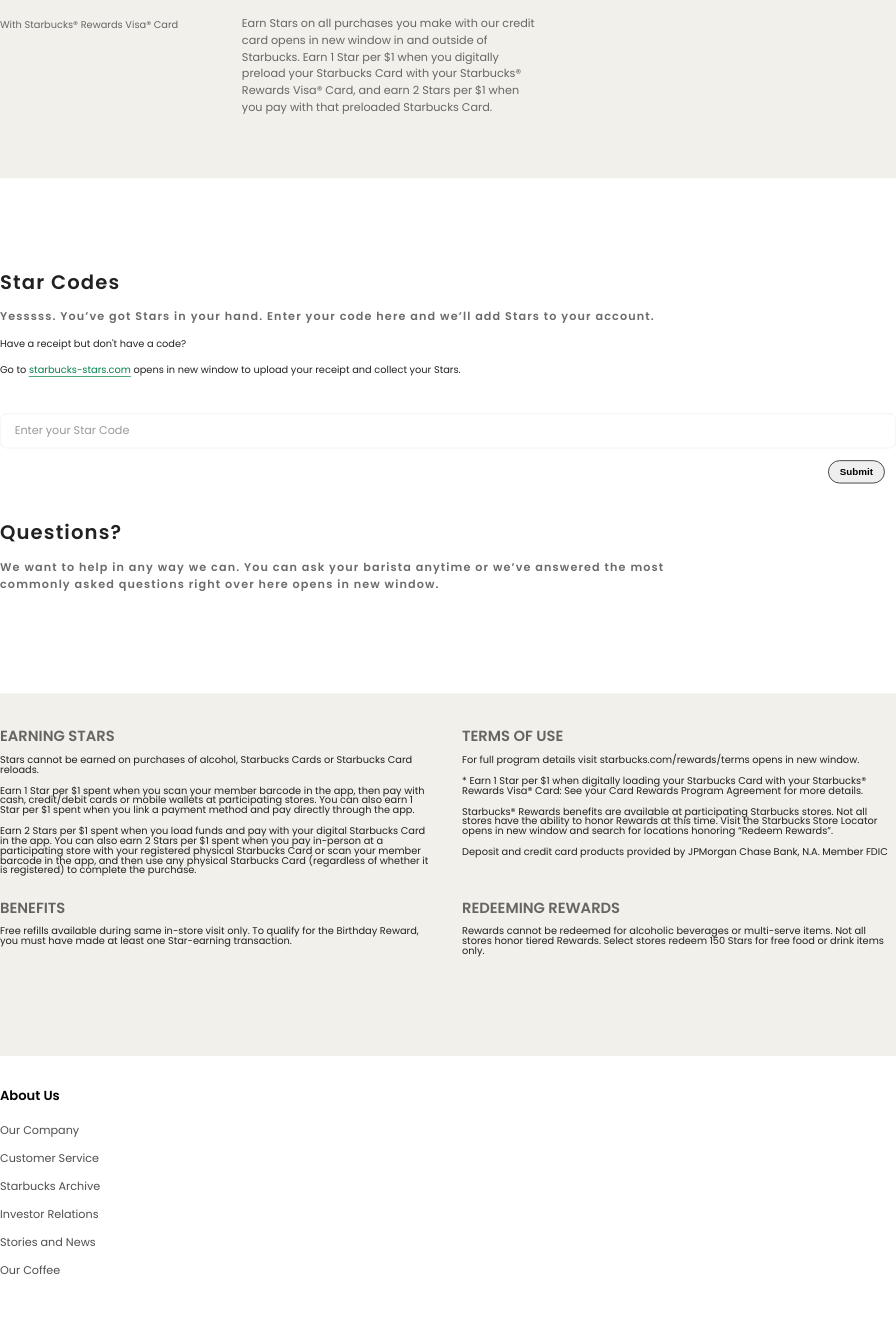
Repository: Akashiii1/StarBucks
Page: index.html
These files come from the project's save history. The page is drawn as it stood at one moment and after the next save; the edit follows.
The browser window is 1280 px wide. The pictures show the part of the page from y = 3201 to 5121 px (the page is 5121 px tall), at 70% of full size.

Above is the page before, as saved 2022-02-03 23:55:16.

After the next save:
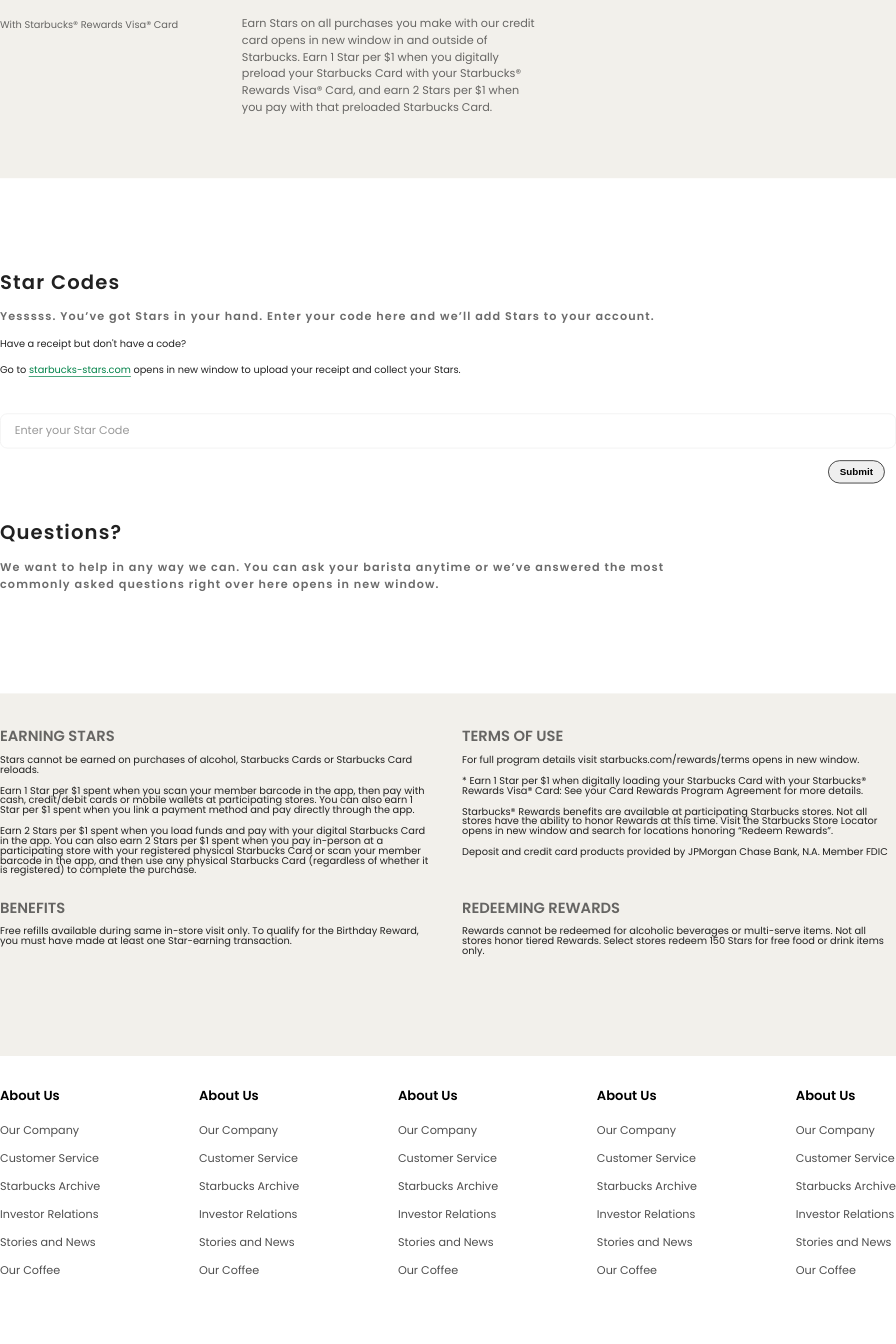
Saved 18 s later.
--- a/index.html
+++ b/index.html
@@ -503,6 +503,65 @@
               <li><a href="#"> Our Coffee</a></li>
             </ul>
           </div>
+
+          <div class="ft-item">
+            <h3>About Us</h3>
+            <ul>
+              <li><a href="#">Our Company</a></li>
+              <li><a href="#"> Customer Service</a></li>
+
+              <li><a href="#"> Starbucks Archive</a></li>
+
+              <li><a href="#"> Investor Relations</a></li>
+              <li><a href="#"> Stories and News</a></li>
+              <li><a href="#"> Our Coffee</a></li>
+            </ul>
+          </div>
+
+
+          <div class="ft-item">
+            <h3>About Us</h3>
+            <ul>
+              <li><a href="#">Our Company</a></li>
+              <li><a href="#"> Customer Service</a></li>
+
+              <li><a href="#"> Starbucks Archive</a></li>
+
+              <li><a href="#"> Investor Relations</a></li>
+              <li><a href="#"> Stories and News</a></li>
+              <li><a href="#"> Our Coffee</a></li>
+            </ul>
+          </div>
+
+
+          <div class="ft-item">
+            <h3>About Us</h3>
+            <ul>
+              <li><a href="#">Our Company</a></li>
+              <li><a href="#"> Customer Service</a></li>
+
+              <li><a href="#"> Starbucks Archive</a></li>
+
+              <li><a href="#"> Investor Relations</a></li>
+              <li><a href="#"> Stories and News</a></li>
+              <li><a href="#"> Our Coffee</a></li>
+            </ul>
+          </div>
+
+
+          <div class="ft-item">
+            <h3>About Us</h3>
+            <ul>
+              <li><a href="#">Our Company</a></li>
+              <li><a href="#"> Customer Service</a></li>
+
+              <li><a href="#"> Starbucks Archive</a></li>
+
+              <li><a href="#"> Investor Relations</a></li>
+              <li><a href="#"> Stories and News</a></li>
+              <li><a href="#"> Our Coffee</a></li>
+            </ul>
+          </div>
         </div>
       </section>
     </div>
